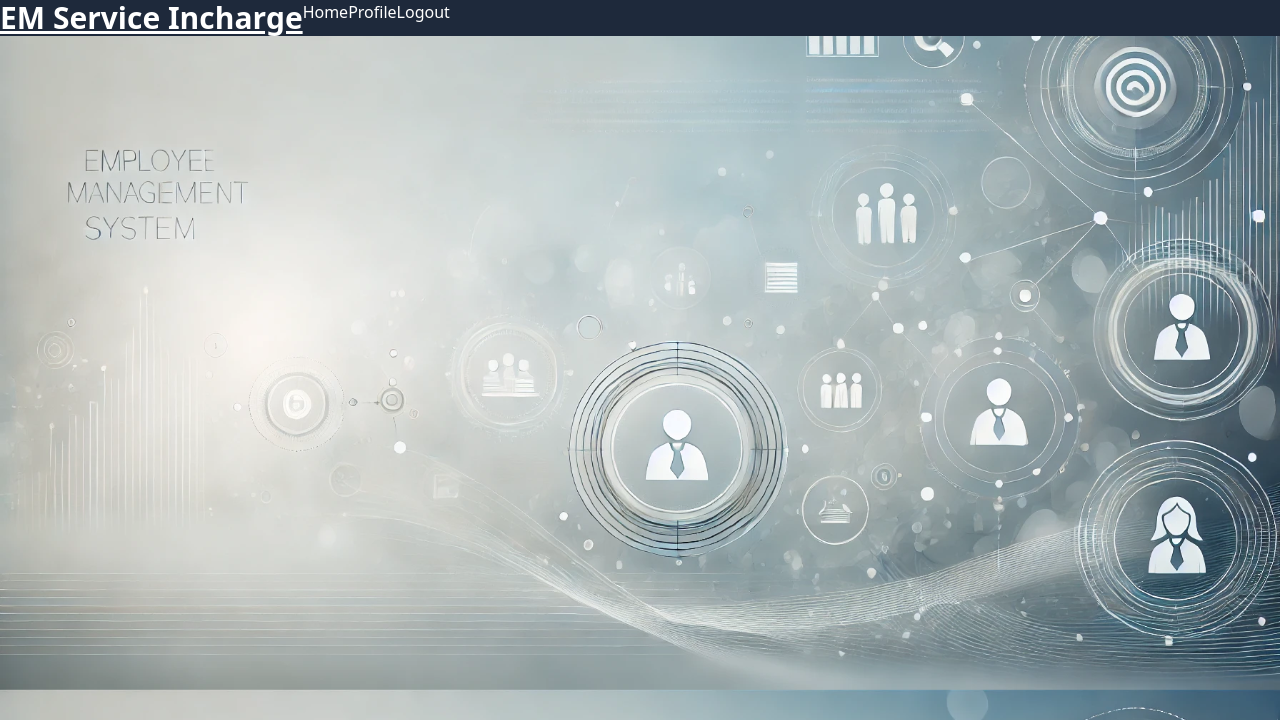
Repository: Vaibhav979/EmployeeManagement-Spring
Page: / (app in em-project-view/)
The author's editor kept a copy of each file at every save. The page is drawn from the files as they stood at one save, then again after the next save.
The browser window is 1280 px wide. The pictures show the whole page.
The project was rebuilt for these pictures with package versions that can differ from the ones it lists, and the page was loaded fresh each time. Also part of the build but not shown: em-project-view/vite.config.js.

Above is the page before, as saved 2025-01-02 22:33:41.

After the next save:
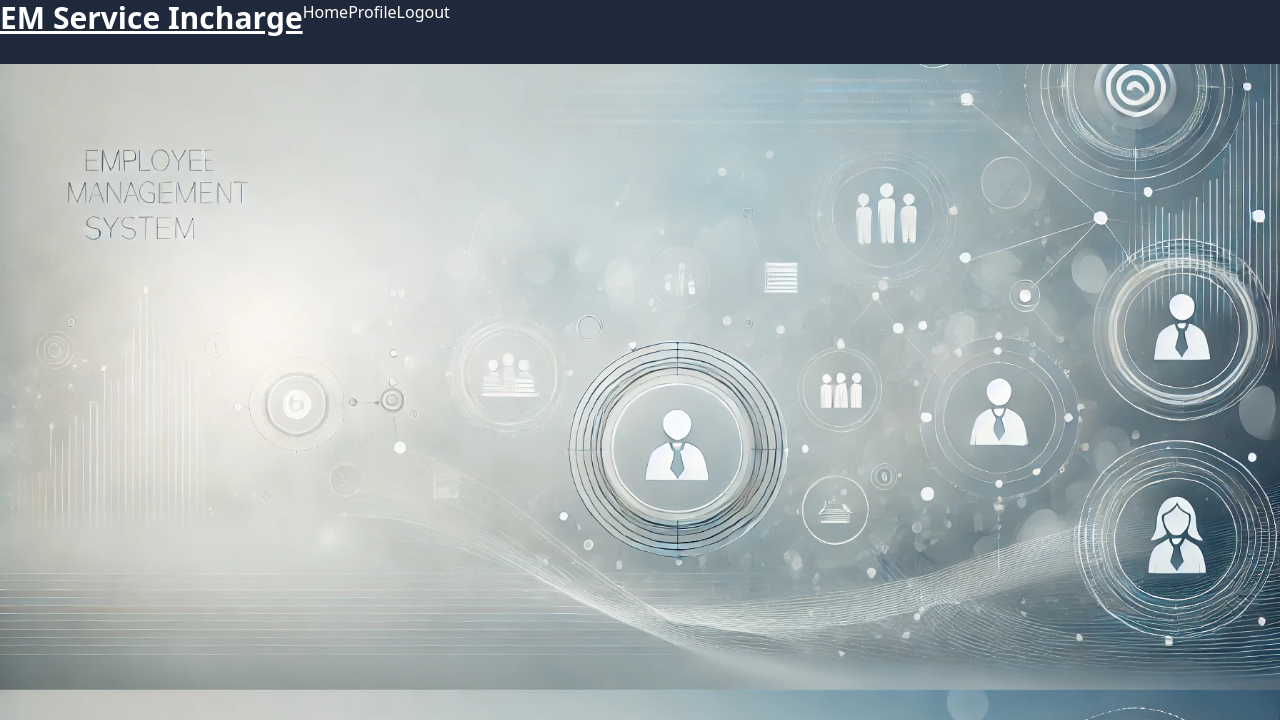
Saved 5 s later.
--- a/em-project-view/src/App.jsx
+++ b/em-project-view/src/App.jsx
@@ -3,7 +3,7 @@ import "./App.css";
 
 function App() {
   return (
-    <div className="bg-slate-800 flex">
+    <div className="bg-slate-800 flex h-16">
       <h1 className="text-3xl font-bold underline">EM Service Incharge</h1>
       <a href="/"> Home </a>
       <a href="/"> Profile </a>
